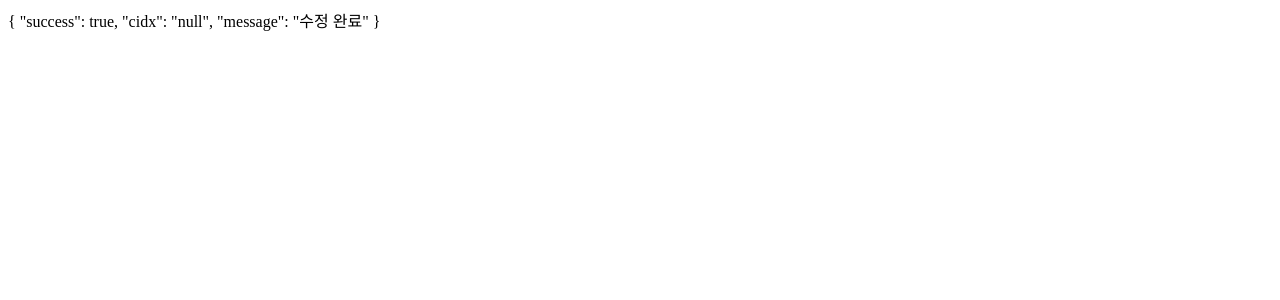
Repository: 1plus1equals3-true/Board-Project
Page: http://localhost/jsp/board_proc/comment_modify.jsp
The author's editor kept a copy of each file at every save. The page is drawn from the files as they stood at one save, then again after a run of saves.
The browser window is 1280 px wide. The pictures show the whole page.
The page is served by Tomcat 9.

Above is the page before, as saved 2025-09-18 06:16:01.

After the next 2 saves:
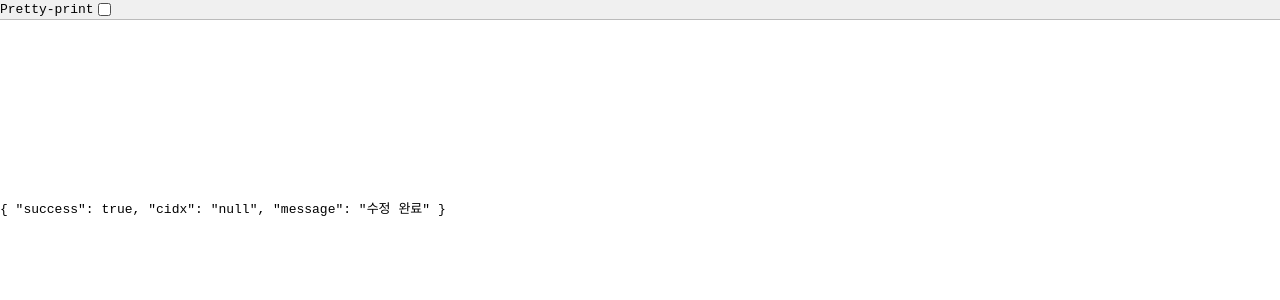
The 2 saves are shown as one change because 1 did not build or start.
The last was saved 47 s later.
--- a/jsp/src/main/webapp/board_proc/comment_modify.jsp
+++ b/jsp/src/main/webapp/board_proc/comment_modify.jsp
@@ -6,8 +6,7 @@
 <%@ page import="java.text.SimpleDateFormat" %>
 <%@ page import="java.io.IOException"%>
 <%@ page import="java.nio.file.*"%>
-
-<%@ page language="java" contentType="text/html; charset=UTF-8"
+<%@ page language="java" contentType="application/json; charset=UTF-8"
     pageEncoding="UTF-8"%>
 <%@ page import="java.sql.*" %>
 <%@ page import="lib.DB" %>
